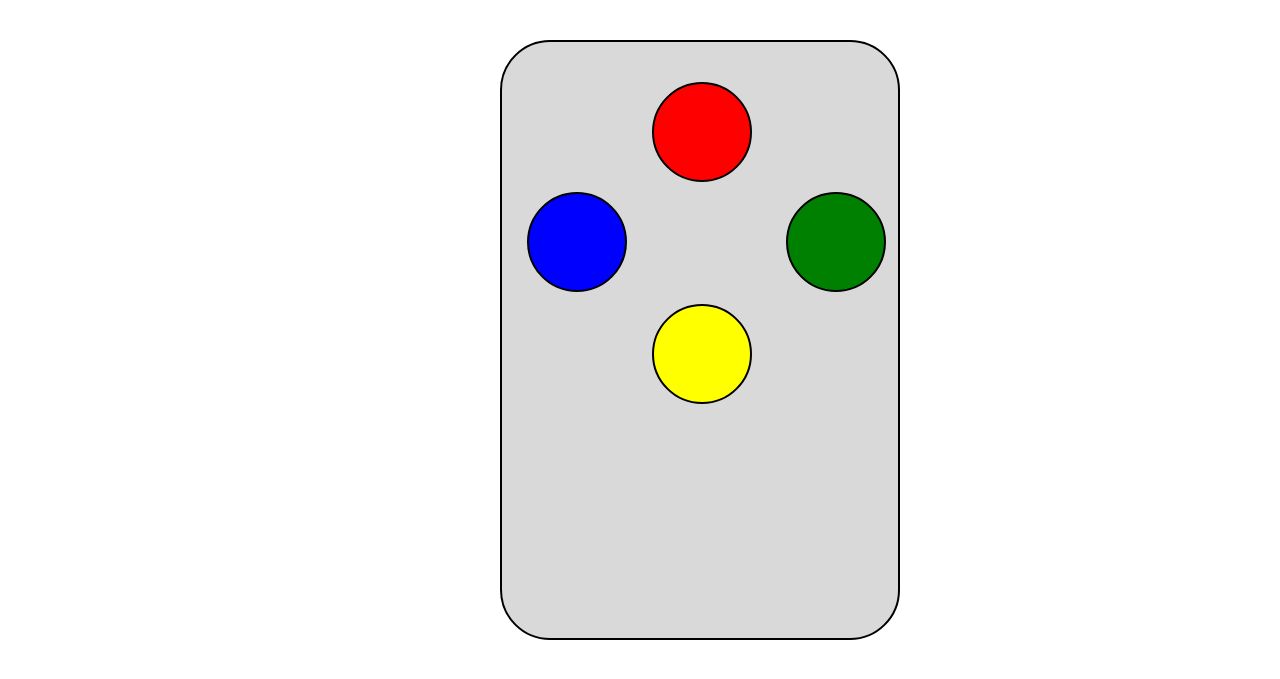
Repository: Code-Institute-Submissions/The-Simon-Game
Page: index.html
The author's editor kept a record of every edit. The page is drawn from the files as they stood at one moment, then again after the next edit.
The browser window is 1280 px wide. The pictures show the whole page.

Above is the page before.

After the next edit:
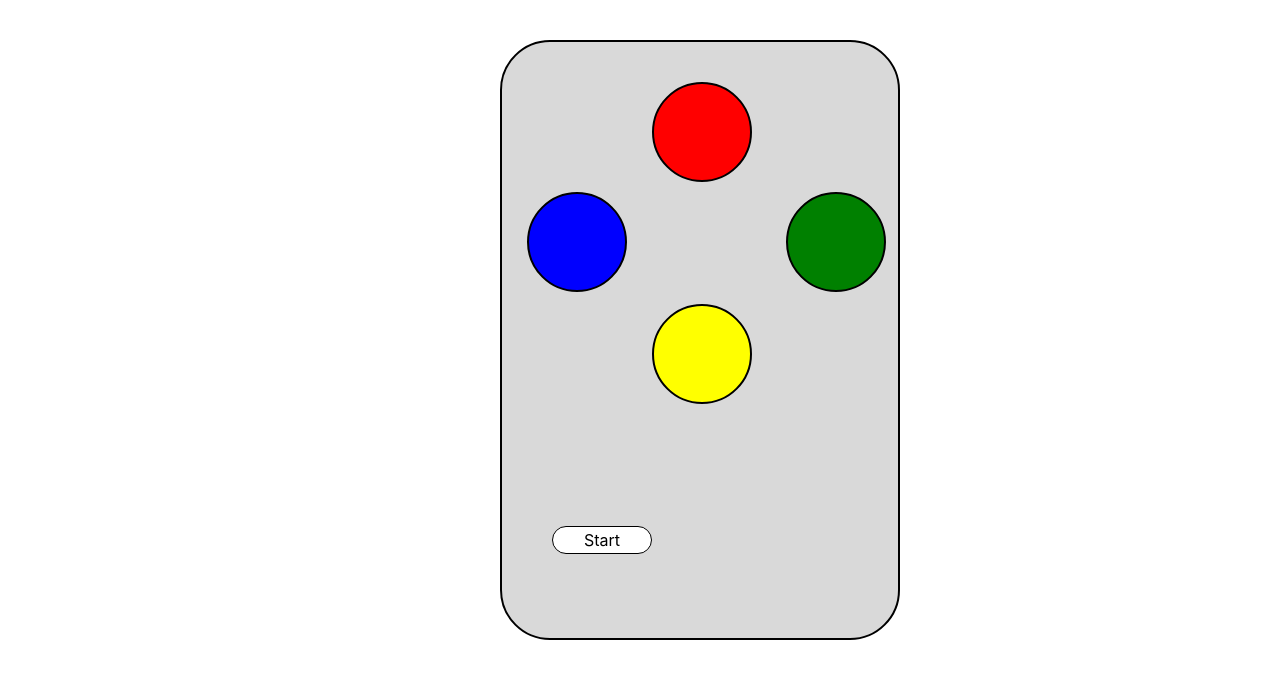
The edit:
--- a/index.html
+++ b/index.html
@@ -26,6 +26,9 @@
                 </div>
             </div>
         </div>
+        <div class="start">
+        <button class="start_button">Start</button>
+        </div>
     </section>
 </body>
 
